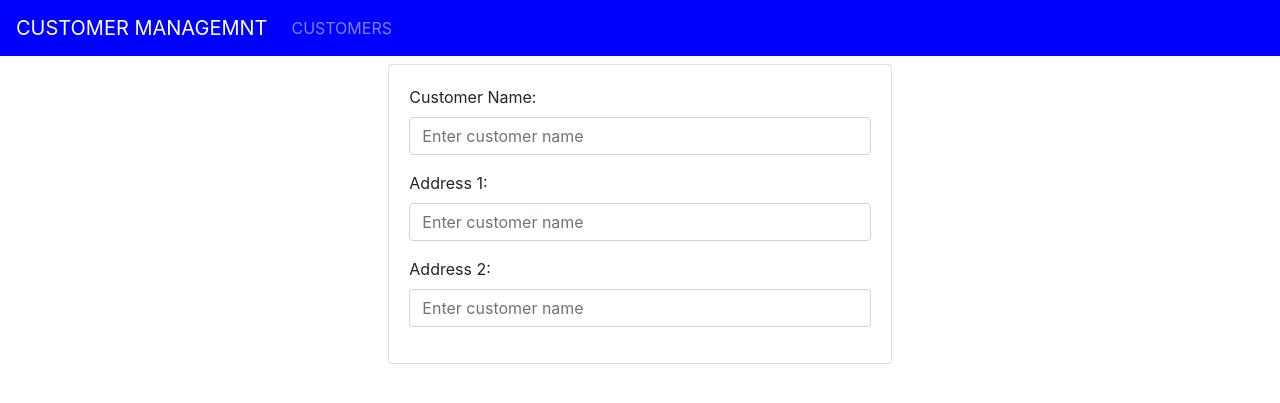
Repository: shruti-2522/webdirekt-assignment
Page: http://localhost/Customer-Project/customer-form.jsp
An editor plug-in stored every save of this project. The page is shown before and after the next save, followed by the edit.
The browser window is 1280 px wide. The pictures show the whole page.
The page is served by Tomcat 9.

Above is the page before, as saved 2021-07-05 10:34:41.

After the next save:
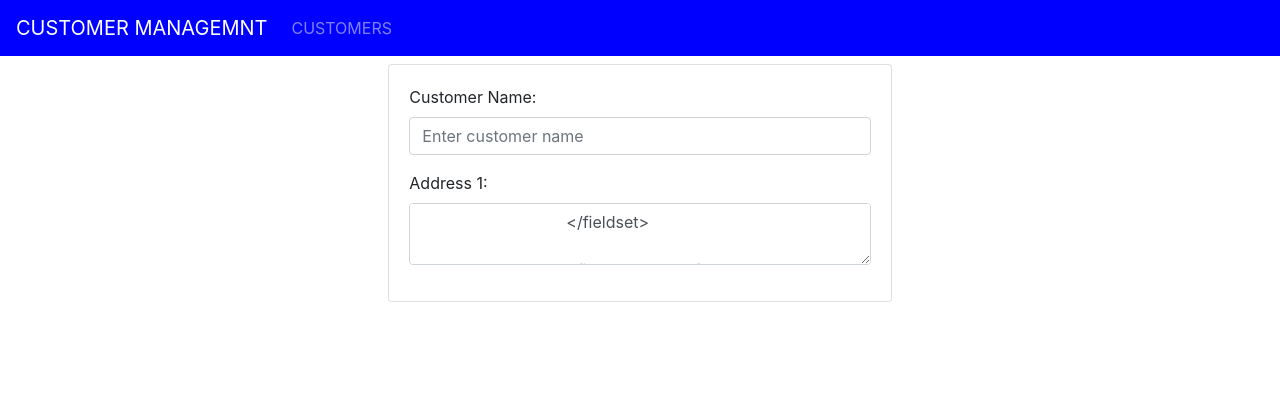
Saved 11 s later.
--- a/Customer-Project/src/main/webapp/customer-form.jsp
+++ b/Customer-Project/src/main/webapp/customer-form.jsp
@@ -39,8 +39,8 @@
 
 
 				<fieldset class="form-group">
-					<label>Address 1:</label> <input type="text"
-						class="form-control" placeholder="Enter customer name" required>
+					<label>Address 1:</label> <textarea
+						class="form-control" placeholder="Enter " required>
 				</fieldset>
 
 				<fieldset class="form-group">
